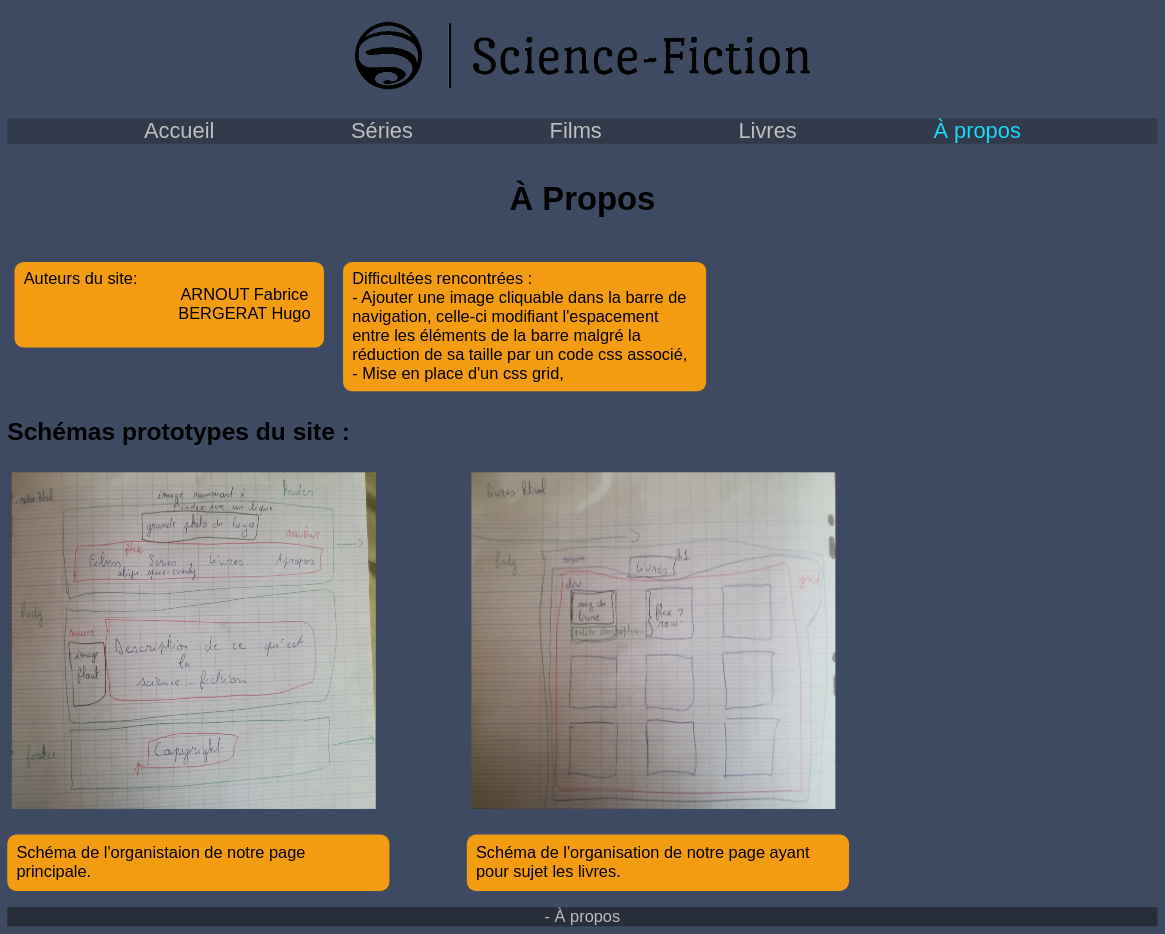
Repository: Emalios/Projet-Web
Page: html/a-propos.html
An editor plug-in stored every save of this project. The page is shown before and after the next save, followed by the edit.
The browser window is 1280 px wide. The pictures show the whole page, at 91% of full size.

Above is the page before, as saved 2020-11-11 19:05:46.

### html/a-propos.html
<!DOCTYPE html>
<html lang="fr" dir="ltr">

<head>
  <meta charset="utf-8">
  <meta name="viewport" content="width=device-width, initial-scale=1.0">
  <title>Science-Fiction - À propos</title>
  <link rel="icon" href="../images/small_icon.png" type="image/png">
  <link rel="stylesheet" href="../css/common.css">
  <link rel="stylesheet" href="../css/a-propos.css">
</head>

<body>
  <header>
    <img id="logo" src="../images/logo_large.png" alt="logo de Science-fiction">
    <nav class="navbar">
      <a href="../index.html" class="nav-link">Accueil</a>
      <a href="series.html" class="nav-link">Séries</a>
      <a href="films.html" class="nav-link">Films</a>
      <a href="livres.html" class="nav-link">Livres</a>
      <a href="a-propos.html" id="active" class="nav-link">À propos</a>
    </nav>
  </header>
  <main>
    <h1 id="title">À Propos</h1>
    <div class="presentation">
      <div id="auteurs-div" class="texte">Auteurs du site:
        <ul id="auteurs">
          <li>ARNOUT Fabrice</li>
          <li>BERGERAT Hugo</li>
        </ul>
      </div>
      <p id="difficultes" class="texte">Difficultées rencontrées :<br>- Ajouter une image cliquable dans la barre de navigation, celle-ci modifiant l'espacement entre les éléments de la barre malgré la réduction de sa taille par un code css associé,
        <br> - Mise en place d'un css grid,
      </p>
    </div>
    <h2 id="sous-titre"> Schémas prototypes du site :</h2>
    <section class="section">
      <img id="schema_index" src="../images/schema_index.jpg" alt="schema de l'index de notre site">
      <p class="legende">Schéma de l'organistaion de notre page principale.</p>
    </section>
    <section class="section">
      <img id="schema_livres" src="../images/schema_livres.jpg" alt="schema de la pasges 'Livres' de notre site">
      <p class="legende">Schéma de l'organisation de notre page ayant pour sujet les livres.</p>
    </section>
  </main>
  <footer><a href="a-propos.html" class="footer-link">- À propos</a></footer>
</body>


</html>

### css/common.css
body {
  background-color: #3e4a61;
  font-size: 18px;
  font-family: "Source Sans Pro", sans-serif;
}

#logo {
  display: block;
  margin-left: auto;
  margin-right: auto;
  padding-top: 1rem;
  padding-bottom: 2rem;
  max-width: 500px;
}

ul {
  list-style: none outside none;
}

.navbar {
  font-size: 24px;
  display: flex;
  flex-wrap: wrap;
  justify-content: space-evenly;
  padding: 0;
  background-color: #313a4b;
}

.nav-link, .footer-link {
  text-decoration: none;
  color: #c0bebe;
}

.nav-link:hover {
  color: #19dafa;
}

#active {
  color: #19dafa !important;
}

#title {
  text-align: center;
  padding: 1rem;
}

footer {
  background-color: #272e3a;
  text-align: center;
}

@media all and (max-width: 700px) {
  #logo {
    display: block;
    margin-left: auto;
    margin-right: auto;
    padding-top: 1em;
    width: 85%;
    max-width: 500px;
  }

}

### css/a-propos.css
/** début css pour a propos */
.texte {
  display: inline-flex;
  flex-direction: row;
  margin: 8px;
  padding: 8px 10px;
  background-color: #f39c12;
  border-radius: 10px;
  max-width: 30%;
}

#auteurs {
  min-width: 155px;
  text-align: center;
}

#difficultes {
  min-width: 260px;
}

.description {
  display: block;
  text-align: justify;
  margin: 0px 5px 5px 5px;
}

section {
  display: inline-block;
  flex-direction: column;
  max-width: 500px;
  vertical-align: top;
  margin-right: auto;
  margin-left: auto;
}

#schema_index, #schema_livres {
  display: inline-block;
  padding: 5px;
  width: 400px;
  height: 370px;
}

.legende {
  display: inline-block;
  max-width: 400px;
  padding: 10px 10px;
  background-color: #f39c12;
  border-radius: 10px;
}

@media all and (max-width: 700px) {
  .texte {
    display: flex;
    flex-direction: column;
    margin-right: auto;
    margin-left: auto;
    padding: 8px 10px;
    background-color: #f39c12;
    border-radius: 10px;
    min-width: 70%;
    vertical-align: top;
  }
}

/** fin css pour a propos */

After the next save:
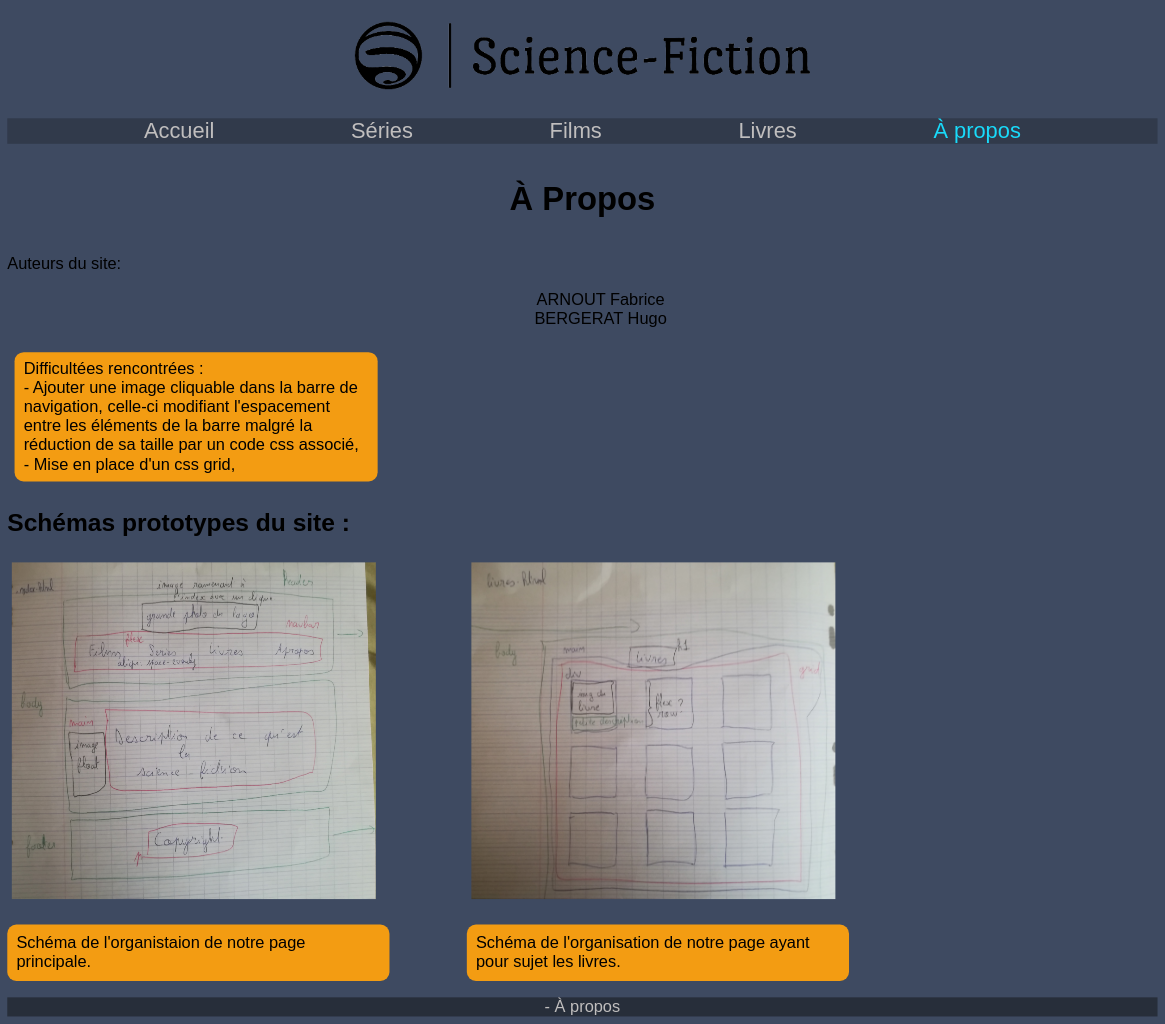
Saved 8 s later.
--- a/html/a-propos.html
+++ b/html/a-propos.html
@@ -24,7 +24,7 @@
   <main>
     <h1 id="title">À Propos</h1>
     <div class="presentation">
-      <div id="auteurs-div" class="texte">Auteurs du site:
+      <div id="auteurs-div">Auteurs du site:
         <ul id="auteurs">
           <li>ARNOUT Fabrice</li>
           <li>BERGERAT Hugo</li>
